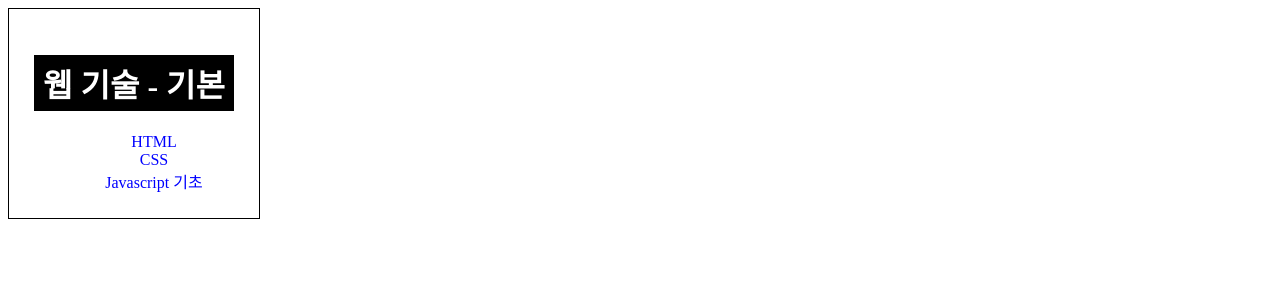
Repository: dudadab/Hhyundaiezwel_Academy
Page: CSS01/src/main/webapp/test1.html
These files come from the project's save history. The page is drawn as it stood at one moment and after the next save; the edit follows.
The browser window is 1280 px wide. The pictures show the whole page.

Above is the page before, as saved 2025-07-02 06:31:44.

After the next save:
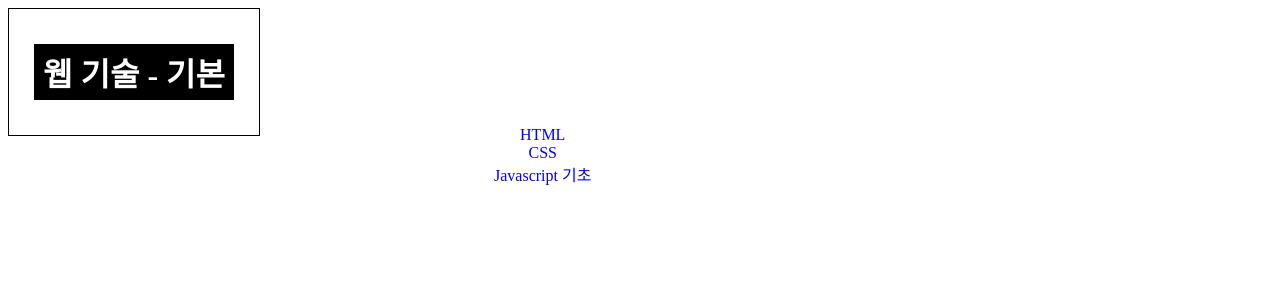
Saved 2 min 1 s later.
--- a/CSS01/src/main/webapp/test1.html
+++ b/CSS01/src/main/webapp/test1.html
@@ -14,12 +14,14 @@
     		background-color:black;
     		color:white;
     		padding:5px;
+    		margin:10px 0;
 
     	}
     	.box ul{
     		list-style-type:none;
-    		margin:0 auto;
-    		gap:20px;
+    		display:inline;
+			position:absolute;
+			margin-left:25%;
     	}
     	.box li {
     		color:blue;
